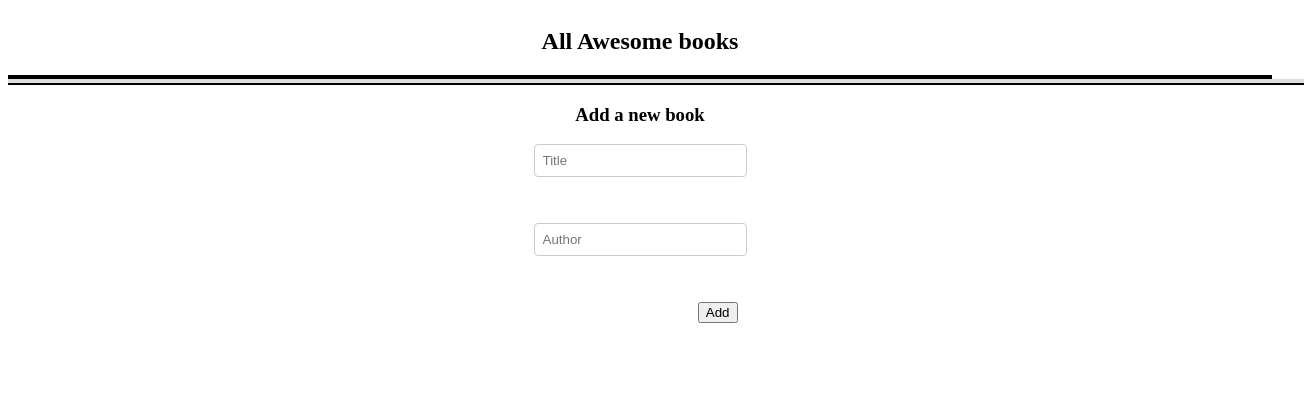
Repository: Salimer/Awesome-books
Page: index.html
An editor plug-in stored every save of this project. The page is shown before and after the next save, followed by the edit.
The browser window is 1280 px wide. The page is 1304 px wide, so the pictures cover 1304 px, including what lies to the right of the window. The pictures show the whole page.
The style sheet was rebuilt from its Sass, Less or Tailwind sources for each picture, by a compiler version that may differ from the author's.

Above is the page before, as saved 2023-04-25 12:09:13.

After the next save:
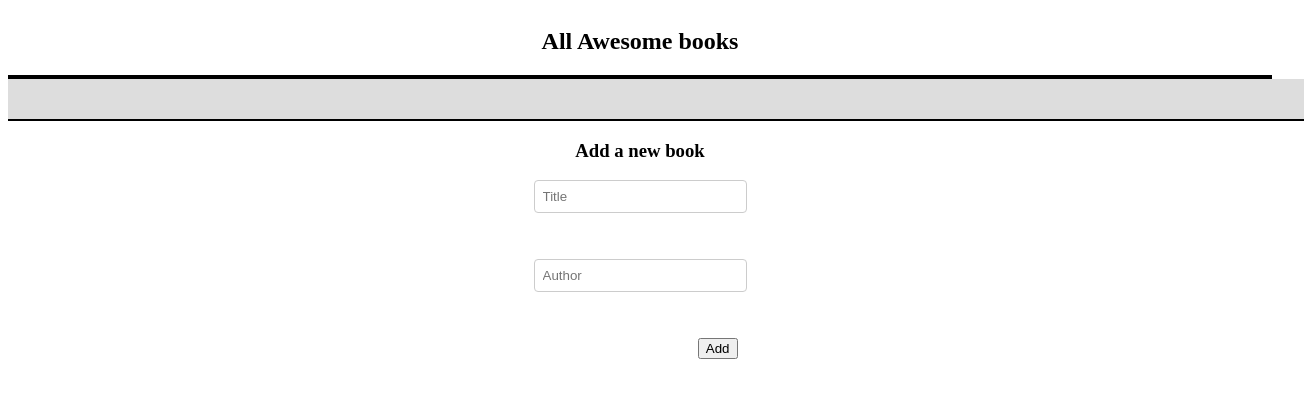
Saved 5 s later.
--- a/style.scss
+++ b/style.scss
@@ -33,7 +33,7 @@
 
 .underline {
   border-bottom: 2px solid black;
-  height: 4px;
+  height: 40px;
   width: 100%;
   padding: 1px;
 }
